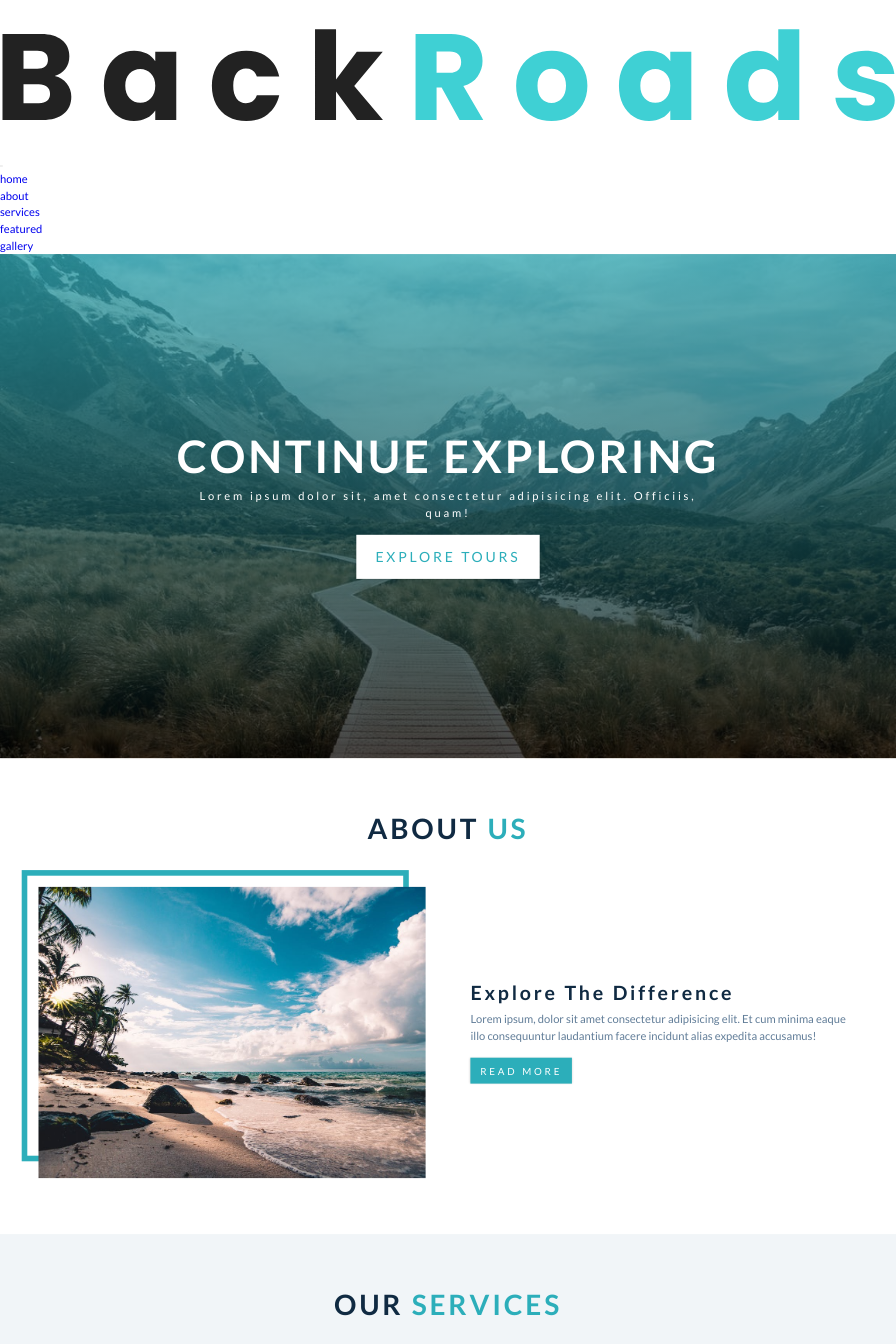
Repository: Ndifoinhilary/flexbox-project
Page: index.html
The author's editor kept a copy of each file at every save. The page is drawn from the files as they stood at one save, then again after the next save.
The browser window is 1280 px wide. The pictures show the part of the page from y = 0 to 1920 px (the page is 4346 px tall before and 4394 px after), at 70% of full size.

Above is the page before, as saved 2024-01-24 06:27:38.

### index.html
<!DOCTYPE html>
<html lang="en">
  <head>
    <meta charset="UTF-8" />
    <meta name="viewport" content="width=device-width, initial-scale=1.0" />
    <meta http-equiv="X-UA-Compatible" content="ie=edge" />
    <title>Backroads || Tour Company</title>
    <!-- favicon -->
    <link rel="shortcut icon" href="./images/favicon.ico" type="image/x-icon" />
    <!-- font-awesome -->
    <link rel="stylesheet" href="fontawesome-free-5.9.0-web/css/all.min.css" />
    <!-- styles css -->
    <link rel="stylesheet" href="./css/main.css" />
  </head>
  <body>
    <header id="home">
      <!-- nav bar -->
      <nav class="navbar">
        <div class="nav-center">
          <div class="nav-header">
            <img src="./images/logo.svg" alt="">
            <button type="button" id="nav-toggle" class="nav-toggle" ></button>
          </div>
          <ul class="nav-links " id="nav-links">
            <li>
              <a href="#home" class="nav-link scroll-link">home</a>
            </li>
            <li>
              <a href="#about" class="nav-link scroll-link">about</a>
            </li>
            <li>
              <a href="#services" class="nav-link scroll-link">services</a>
            </li><li>
              <a href="#featured" class="nav-link scroll-link">featured</a>
            </li><li>
              <a href="#gallery" class="nav-link scroll-link">gallery</a>
            </li>
          </ul>
        </div>
      </nav>
      <!-- end of nav bar -->
  <!-- hero section  -->
  <div class="hero">
    <div class="hero-banner">
      <h1>continue exploring</h1>
      <p>Lorem ipsum dolor sit, amet consectetur adipisicing elit. Officiis, quam!</p>
      <a href="#featured" class="btn hero-btn scroll-link ">explore tours</a>
    </div>
  </div>
   <!-- end of hero section  -->
    </header>
    <!-- end of header -->
   <!-- section -->
    <section class="section" id="about">
      <!-- section title -->
      <div class="section-title">
        <h2>about <span>us</span></h2>
      </div>
            <!-- section title -->
        <div class="section-center about-center">
          <!-- about image wrapper -->
          <article class="about-img">
            <img src="./images/about.jpeg"  class="about-photo" alt="awesome">
          </article>
          <!-- about infor -->
          <artilce class="about-info">
            <h3>explore the difference</h3>
            <p>Lorem ipsum, dolor sit amet consectetur adipisicing elit. Et cum minima eaque illo consequuntur laudantium facere incidunt alias expedita accusamus!</p>
            <a href="#" class="btn">read more</a>
          </artilce>
        </div>
    </section>
    <!-- end of about  section -->


    <!-- service section start -->

    <section class="section services" id="servics">
      <div class="section-title">
        <h2>our <span>services</span></h2>
      </div>
      <div class="section-center services-center">
        <!-- single service -->
        <article class="service">
          <span class="service-icon">
            <i class="fas fa-wallet fa-fw"></i>
          </span>
          <div class="service-info">
            <h4 class="service-title" >saving money</h4>
            <p class="service-text"> Lorem ipsum dolor sit
              amet, consectetur adipisicing elit. Quisquam, id?
               Omnis rerum perferendis numquam repellat.</p>
          </div>
        </article>
        <article class="service">
          <span class="service-icon">
            <i class="fas fa-tree fa-fw"></i>
          </span>
          <div class="service-info">
            <h4 class="service-title" >tree money</h4>
            <p class="service-text"> Lorem ipsum dolor sit
              amet, consectetur adipisicing elit. Quisquam, id?
               Omnis rerum perferendis numquam repellat.</p>
          </div>
        </article>
         <article class="service">
          <span class="service-icon">
            <i class="fas fa-socks fa-fw"></i>
          </span>
          <div class="service-info">
            <h4 class="service-title" >only  money</h4>
            <p class="service-text"> Lorem ipsum dolor sit
              amet, consectetur adipisicing elit. Quisquam, id?
               Omnis rerum perferendis numquam repellat.</p>
          </div>
        </article>
      </div>
      </section>

<!-- feartueres tours -->

<section class="section" id="featured">
  <div class="section-title">
    <h2>feature <span>tours</span></h2>
  </div>
  <!-- featured center -->
 <div class="section-center featured-center">
  <article class="tour-card">
    <div class="tour-img-container">
      <img src="./images/tour-1.jpeg"    alt="tour around" class="tour-mg">
      <p class="tour-date">january 21th , 2024</p>
    </div>
    <div class="tour-info">
     <div class="tour-title">
      <h4>tibet advanture</h4>
      <p>34 days</p>
     </div>
      <p>Lorem ipsum dolor sit, amet consectetur adipisicing elit. Tempore voluptates error, necessitatibus doloribus sequi eaque! Sunt
        perferendis sequi dignissimos suscipit!</p>

        <div class="tour-footer">
          <p><span><i class="fas fa-map" >Cameroon</i></span></p>
          <p>$1200</p>
        </div>
    </div>
  </article>
  <article class="tour-card">
    <div class="tour-img-container">
      <img src="./images/tour-2.jpeg"    alt="tour around" class="tour-mg">
      <p class="tour-date">january 21th , 2024</p>
    </div>
    <div class="tour-info">
      <h4>tibet adventure</h4>
      <p>Lorem ipsum dolor sit, amet consectetur adipisicing elit. Tempore voluptates error, necessitatibus doloribus sequi eaque! Sunt
        perferendis sequi dignissimos suscipit!</p>

        <div class="tour-footer">
          <p><span><i class="fas fa-map" >Cameroon</i></span></p>
          <p>days</p>
          <p>$1200</p>
        </div>
    </div>
  </article>
    <article class="tour-card">
    <div class="tour-img-container">
      <img src="./images/tour-3.jpeg"    alt="tour around" class="tour-mg">
      <p class="tour-date">january 21th , 2024</p>
    </div>
    <div class="tour-info">
      <h4>tibet adventure</h4>
      <p>Lorem ipsum dolor sit, amet consectetur adipisicing elit. Tempore voluptates error, necessitatibus doloribus sequi eaque! Sunt
        perferendis sequi dignissimos suscipit!</p>

        <div class="tour-footer">
          <p><span><i class="fas fa-map" >Cameroon</i></span></p>
          <p>12 days</p>
          <p>$1200</p>
        </div>
    </div>
  </article>
  <article class="tour-card">
    <div class="tour-img-container">
      <img src="./images/tour-4.jpeg"    alt="tour around" class="tour-mg">
      <p class="tour-date">january 21th , 2024</p>
    </div>
    <div class="tour-info">
      <h4>tibet adventure</h4>
      <p>Lorem ipsum dolor sit, amet consectetur adipisicing elit. Tempore voluptates error, necessitatibus doloribus sequi eaque! Sunt
        perferendis sequi dignissimos suscipit!</p>

        <div class="tour-footer">
          <p><span><i class="fas fa-map" >Cameroon</i></span></p>
          <p>12 days</p>
          <p>$1200</p>
        </div>
    </div>
  </article>
 </div>
 <div class="tour-btn">
  <a href="#" class="btn"> all tours</a>
 </div>
</section>

<!-- end   feartueres tours -->

<!-- contact section -->
<section class="section contact" id="contact">
  <div class="section-center contact-center">
    <article class="contact-title">
      <h3>want latest tour info and updates</h3>
      <p>Sign up for newsletter and stay up to date </p>
    </article>
    <form action="" class="contact-form">
      <input type="email" name="email" class="form-control" placeholder="your email">
      <button type="submit" class="btn-submit">submit</button>
    </form>
  </div>
</section>



<!--end of   contact section -->

   <!-- gallery -->
   <section id="gallery">
    <div class="gallery-center">
      <article class="gallery-img-container">
        <img src="./images/tour-1.jpeg" class="gallery-img" alt="">
        <a href="#" class="gallery-icon"><i class="fas fa-search"></i></a>
      </article>
       <article class="gallery-img-container">
        <img src="./images/tour-2.jpeg" class="gallery-img" alt="">
        <a href="#" class="gallery-icon"><i class="fas fa-search"></i></a>
      </article>
        <article class="gallery-img-container">
        <img src="./images/tour-3.jpeg" class="gallery-img" alt="">
        <a href="#" class="gallery-icon"><i class="fas fa-search"></i></a>
      </article>
        <article class="gallery-img-container">
        <img src="./images/tour-4.jpeg" class="gallery-img" alt="">
        <a href="#" class="gallery-icon"><i class="fas fa-search"></i></a>
      </article>
       <article class="gallery-img-container">
        <img src="./images/tour-5.jpeg" class="gallery-img" alt="">
        <a href="#" class="gallery-icon"><i class="fas fa-search"></i></a>
      </article>
       <article class="gallery-img-container">
        <img src="./images/tour-6.jpeg" class="gallery-img" alt="">
        <a href="#" class="gallery-icon"><i class="fas fa-search"></i></a>
      </article>
         <article class="gallery-img-container">
        <img src="./images/tour-2.jpeg" class="gallery-img" alt="">
        <a href="#" class="gallery-icon"><i class="fas fa-search"></i></a>
      </article>
        <article class="gallery-img-container">
        <img src="./images/tour-1.jpeg" class="gallery-img" alt="">
        <a href="#" class="gallery-icon"><i class="fas fa-search"></i></a>
      </article>
    </div>
   </section>
   <!-- end of gallery -->

   <!-- footer section -->
   <footer class="section footer">
    <ul class="footer-links">
      <li>
        <a href="#home" class="footer-link scroll-link">home</a>
      </li>
      <li>
        <a href="#about" class="footer-link scroll-link">about</a>
      </li>
      <li>
        <a href="#services" class="footer-link scroll-link">services</a>
      </li><li>
        <a href="#featured" class="footer-link scroll-link">featured</a>
      </li><li>
        <a href="#gallery" class="footer-link scroll-link">gallery</a>
      </li>
    </ul>
    <ul class="footer-icons">
      <li>
        <a href="#https://www.twitter.com" target="_blank" class="footer-icon"><i class="fab fa-facebook">facebook</i></a>
      </li>
      <li>
        <a href="#https://www.twitter.com" target="_blank" class="footer-icon"><i class="fab fa-squarespace">sqaurespace</i></a>
      </li>
    </ul>
    <p class="copyright">
      copyright &copy; backraods travel tour company <span id="date"></span> all right reserved
    </p>
   </footer>
   <!-- end of foooter section -->
   <script src="/js/app.js" defer></script>
  </body>
</html>

### css/main.css
/*
===============
Fonts
===============
*/
@import url("https://fonts.googleapis.com/css?family=Lato:400,700&display=swap");

/*
===============
Variables
===============
*/

:root {
  /* dark shades of primary color*/
  --clr-primary-1: hsl(184, 91%, 17%);
  --clr-primary-2: hsl(185, 84%, 25%);
  --clr-primary-3: hsl(185, 81%, 29%);
  --clr-primary-4: hsl(184, 77%, 34%);
  /* primary/main color */
  --clr-primary-5: hsl(185, 62%, 45%);
  /* lighter shades of primary color */
  --clr-primary-6: hsl(185, 57%, 50%);
  --clr-primary-7: hsl(184, 65%, 59%);
  --clr-primary-8: hsl(184, 80%, 74%);
  --clr-primary-9: hsl(185, 94%, 87%);
  --clr-primary-10: hsl(186, 100%, 94%);
  /* darkest grey - used for headings */
  --clr-grey-1: hsl(209, 61%, 16%);
  --clr-grey-2: hsl(211, 39%, 23%);
  --clr-grey-3: hsl(209, 34%, 30%);
  --clr-grey-4: hsl(209, 28%, 39%);
  /* grey used for paragraphs */
  --clr-grey-5: hsl(210, 22%, 49%);
  --clr-grey-6: hsl(209, 23%, 60%);
  --clr-grey-7: hsl(211, 27%, 70%);
  --clr-grey-8: hsl(210, 31%, 80%);
  --clr-grey-9: hsl(212, 33%, 89%);
  --clr-grey-10: hsl(210, 36%, 96%);
  --clr-white: #fff;
  --ff-primary: "Lato", sans-serif;
  --transition: all 0.3s linear;
  --spacing: 0.25rem;
  --radius: 0.5rem;
  --light-shadow: 0 5px 15px rgba(0, 0, 0, 0.1);
  --dark-shadow: 0 5px 15px rgba(0, 0, 0, 0.2);
}
/*
===============
Global Styles
===============
*/

* {
  margin: 0;
  padding: 0;
  box-sizing: border-box;
}
body {
  font-family: var(--ff-primary);
  background: var(--clr-white);
  color: var(--clr-grey-1);
  line-height: 1.5;
  font-size: 0.875rem;
}
a {
  text-decoration: none;
}
/* img:not(.nav-logo) {
  width: 100%;
  display: block;
} */
img {
  width: 100%;
  display: block;
}
h1,
h2,
h3,
h4 {
  letter-spacing: var(--spacing);
  text-transform: capitalize;
  line-height: 1.25;
  margin-bottom: 0.75rem;
}
h1 {
  font-size: 3rem;
}
h2 {
  font-size: 2rem;
}
h3 {
  font-size: 1.25rem;
}
h4 {
  font-size: 0.875rem;
}
p {
  margin-bottom: 1.25rem;
  color: var(--clr-grey-5);
}
@media screen and (min-width: 800px) {
  h1 {
    font-size: 4rem;
  }
  h2 {
    font-size: 2.5rem;
  }
  h3 {
    font-size: 1.75rem;
  }
  h4 {
    font-size: 1rem;
  }
  body {
    font-size: 1rem;
  }
  h1,
  h2,
  h3,
  h4 {
    line-height: 1;
  }
}
/*  global classes */

.btn {
  text-transform: uppercase;
  background: var(--clr-primary-5);
  color: var(--clr-white);
  padding: 0.375rem 0.75rem;
  letter-spacing: var(--spacing);
  display: inline-block;
  /* font-weight: 700; */
  transition: var(--transition);
  font-size: 0.875rem;
  border: 2px solid transparent;
  cursor: pointer;
  box-shadow: 0 1px 3px rgba(0, 0, 0, 0.2);
}
.btn:hover {
  color: var(--clr-primary-1);
  background: var(--clr-primary-8);
}
.section {
  padding: 5rem 0;
}
.section-title {
  text-align: center;
  margin-bottom: 4rem;
}
.section-title h2 {
  text-transform: uppercase;
}
.section-title span {
  color: var(--clr-primary-5);
}
.section-center {
  width: 90vw;
  margin: 0 auto;
  max-width: 1170px;
}
@media screen and (min-width: 992px) {
  .section-center {
    width: 95vw;
  }
}
/*
===============
Navbar
===============
*/

/*
===============
Hero
===============
*/
.hero {
  min-height: 100vh;
  background: var(--clr-primary-5);
  display: flex;
  justify-content: center;
  align-items: center;
}
.hero-banner {
  text-align: center;
  color: var(--clr-white);
  padding: 0 3rem;
}
.hero-banner h1 {
  text-transform: uppercase;
}
.hero-banner p {
  max-width: 35rem;
  margin-left: auto;
  margin-right: auto;
  color: var(--clr-white);
  letter-spacing: var(--spacing);
}
.hero-btn {
  padding: 0.9rem 1.6rem;
  font-size: 1.25rem;
  background: var(--clr-white);
  color: var(--clr-primary-5);
}
.hero-btn:hover {
  background: transparent;
  color: var(--clr-white);
  border-color: var(--clr-white);
}
@media screen and (min-width: 768px) {
  .hero {
    background: linear-gradient(rgb(44, 174, 186, 0.7), rgba(0, 0, 0, 0.7)),
      url("../images/main.jpeg") center/cover no-repeat;
  }
  .hero-banner {
    padding: 0;
  }
  .hero-banner p {
    max-width: 45rem;
  }
}
/*
===============
About
===============
*/
/* section add to globals */
/* title add to globals */
/* section center add to globals */
.about-img,
.about-info {
  margin-bottom: 2rem;
}
@media screen and (min-width: 992px) {
  .about-center {
    display: flex;
    justify-content: space-between;
    flex-wrap: wrap;
  }
  .about-img,
  .about-info {
    flex: 0 0 calc(50% - 2rem);
    margin-bottom: 0;
    align-self: center;
  }
}

@media screen and (min-width: 1170px) {
  .about-img::before{
    content: "";
    position: absolute;
    border: 0.5rem solid var(--clr-primary-5);
    box-sizing: border-box;
    height: 100%;
    width: 100%;
    top: -1.5rem;
    left: -1.5rem;

  }
  .about-img{
    position: relative;
  }
  .about-photo{
    position: relative ;
  }
}
/*
===============
Services
===============
*/
.services{
  background: var(--clr-grey-10);
}
.service{
  text-align: center;
  margin-bottom: 3rem;
}
.service-icon{
  background: var(--clr-primary-5);
  color: var(--clr-primary-1);
  padding: 0.5rem;
  display: inline-block;
  font-size: 2rem;
  margin-bottom: 1.5rem;
}

.service-text{
  max-width: 20rem;
  margin-left: auto;
  margin-right: auto;
}



@media screen  and (min-width:576px) {
  .section-center{
    display: flex;
    justify-content: space-between;
    flex-wrap: wrap;
  }
  .service{
    flex: 0 0 calc(50% - 1rem);
    margin-bottom: 1rem;
  }
}
@media screen  and (min-width:992px) {
.service{
    flex: 0 0 calc(33.333% - 1rem);
  }
}
@media screen  and (min-width:1170px) {
.service{
  display: flex;
  text-align: left;
  }
  .service-icon{
    align-self: start;
  }
  .service-info{
    padding-left: 1rem;
  }
  .service-title{
    margin-bottom: 0.5rem;
  }
}
/*
===============
Featured Tours
===============
*/


.tour-card{
  transition: var(--transition);
  background: var(--clr-grey-10);
  box-shadow: var(--light-shadow);
  margin-bottom: 2rem;
}

.tour-card:hover{
  box-shadow: var(--dark-shadow);
  transform: scale(1.02);
}
.tour-img-container{
  position: relative;
}
.tour-img{
  height: 15rem;
  object-fit: cover;
}
.tour-date{
  position: absolute;
  right: 0;
  bottom: 0;
  background: var(--clr-primary-8);
  margin-bottom: 0;
  color: var(--clr-primary-1);
  text-transform: capitalize;
  padding: 0.25rem 0.5rem;
}
.tour-info{
  padding: 1.25rem 1.5rem;
}
.tour-footer{
  display: flex;
  justify-content: space-between;
  flex-wrap: wrap;
  align-items: center;
}
.tour-footer p {
  line-height: 0;
  margin-bottom: 0;
  text-transform: capitalize;
  color: var(--clr-primary-5);
}
.tour-btn{
  text-align: center;
}


@media screen and (min-width:760px) {
  .featured-center{
    display: flex;
    flex-wrap: wrap;
    justify-content: space-between;
  }
  .tour-card{
    flex: 0 0 calc(50% - 2rem);
  }
}
@media screen and (min-width:1170px) {
  .tour-card{
    flex: 0 0 calc(33.33% - 2rem);
  }
}
.tour-title{
  display: flex;
  justify-content: space-between;
  flex-wrap: wrap;
}
.tour-title p , .tour-title h4{
  margin-bottom: 0.75rem;
  line-height: 1.25rem;

}
.tour-title p {
  color: var(--clr-grey-7);
  text-transform: capitalize;
}



/*
===============
Contact
==============
 */



 .contact{
  background: var(--clr-primary-5);
 }

 .contact-title{
  color: var(--clr-white);
 }
 .contact-title p {
  color: var(--clr-primary-8);
 }

 .contact-form{
  display: flex;
  max-width: 28rem;

 }

.form-control{
  flex: 1 1 auto;
  color: var(--clr-grey-5);
}
.form-control, .btn-submit{
  padding:0.375rem 0.75rem;
  font-size: 1rem;
  line-height: 1.5rem;
  font-weight: 300;
  letter-spacing: var(--spacing);
  background: var(--clr-white);
  text-transform: capitalize;
  border: transparent;
}
.form-control::placeholder{
  color: inherit;
}
.btn-submit{
  font-family: var(--ff-primary);
  margin-left: 0.5rem;
  background: var(--clr-primary-8);
  color: var(--clr-primary-1);
  cursor: pointer;
  transition: var(--transition);
}


.btn-submit:hover{
  background: var(--clr-primary-1);
  color: var(--clr-primary-5);
}

@media screen and (min-width:992px) {
  .contact-center{
    display: flex;
    justify-content: space-between;
    flex-wrap: wrap;
  }
  .contact-form{
    align-self: flex-start;
    flex: 1 1 auto;
    max-width: 100%;
    padding-left: 2rem;
  }
}

/*
===============
Deals
===============
*/
/*
===============
Gallery
===============
*/


.gallery-img-container{
  position: relative;
  background: var(--clr-primary-5);
}

.gallery-icon{
  position: absolute;
  top: 50%;
  left: 50%;
  font-size: 2rem;
  transform: translate(-50%, -50%);
  color: var(--clr-white);
  opacity: 0;
  cursor: pointer;
  transition: var(--transition);
}

.gallery-img{
  height: 17rem;
  object-fit: cover;
  transition: var(--transition);
}
.gallery-img-container:hover .gallery-img{
  opacity: 0.5;
}

.gallery-img-container:hover .gallery-icon{
  opacity: 1;
}
@media screen and (min-width:768px) {
  .gallery-center{
    display: flex;
    flex-wrap: wrap;
  }
  .gallery-img-container{
    flex: 0 0 50%;
  }
}
@media screen and (min-width:992px) {
  .gallery-img-container{
    flex: 0 0 25%;
  }
}
/*
===============
Footer
===============
*/


.footer{
  background: var(--clr-grey-1);
  text-align: center;
  padding:  2rem;
}

.footer-links, .footer-icons{
  display: flex;
  justify-content:center;
  margin-bottom: 1.5rem;
  flex-wrap: wrap;
}

.footer-link{
  color: var(--clr-white);
  text-transform: capitalize;
  font-size: 1rem;
  margin-right: 1rem;
  letter-spacing: var(--spacing);
  transition: var(--transition);
}

.footer-link:hover{
  color: var(--clr-primary-5);
}

.footer-icon{
  font-size: 2rem;
  margin-right: 1rem;
  color: var(--clr-primary-8);
  transition: var(--transition);
}
.footer-icon:hover{
  color: var(--clr-white);
}

.copyright{
  text-transform: capitalize;
  letter-spacing: var(--spacing);
  color: var(--clr-white);
}

### js/app.js
// ********** set date ************
// select span
const date = (document.getElementById(
  "date"
).innerHTML = new Date().getFullYear());

// ********** nav toggle ************
// select button and links
const navBtn = document.getElementById("nav-toggle");
const links = document.getElementById("nav-links");
// add event listener
navBtn.addEventListener("click", () => {
  links.classList.toggle("show-links");
});
// ********** navbar fixed ************
const navbar = document.querySelector(".navbar");

window.addEventListener("scroll", () => {
  if (window.pageYOffset > 62) {
    navbar.classList.add("fixed");
  } else {
    navbar.classList.remove("fixed");
  }
});

// ********** smooth scroll ************
// select links
const scrollLinks = document.querySelectorAll(".scroll-link");
scrollLinks.forEach(link => {
  link.addEventListener("click", e => {
    // prevent default
    e.preventDefault();
    links.classList.remove("show-links");

    const id = e.target.getAttribute("href").slice(1);
    const element = document.getElementById(id);
    //
    let position;
    if (navbar.classList.contains("fixed")) {
      position = element.offsetTop - 62;
    } else {
      position = element.offsetTop - 124;
    }
    if (window.innerWidth < 992) {
      if (navbar.classList.contains("fixed")) {
        position = element.offsetTop - 62;
      } else {
        position = element.offsetTop - 332 - 62;
      }
    }
    window.scrollTo({
      left: 0,
      // top: element.offsetTop,
      top: position,
      behavior: "smooth"
    });
  });
});

Loaded but not shown: fontawesome-free-5.9.0-web/css/all.min.css (library)

After the next save:
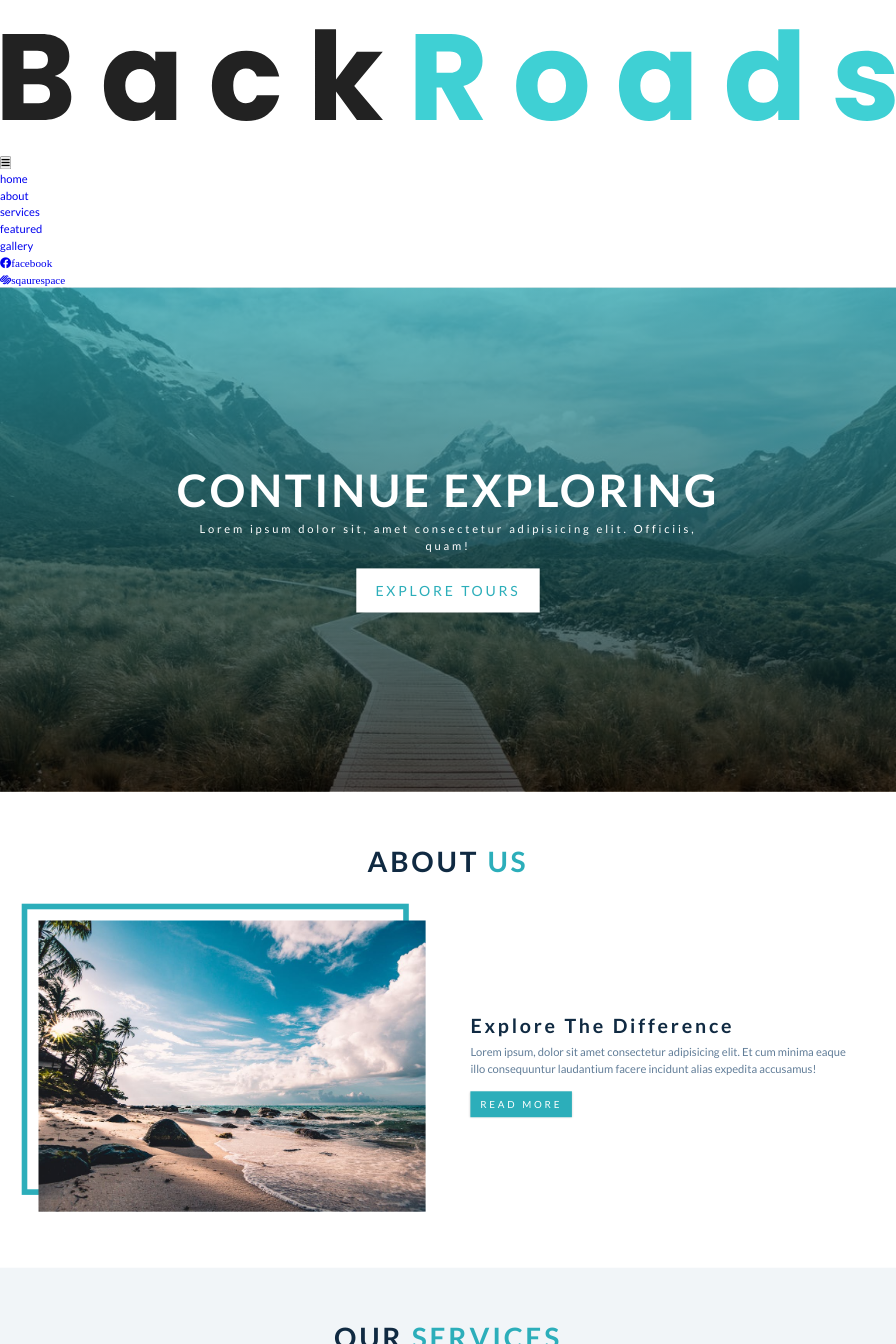
Saved 3 h 29 min later.
--- a/index.html
+++ b/index.html
@@ -19,7 +19,7 @@
         <div class="nav-center">
           <div class="nav-header">
             <img src="./images/logo.svg" alt="">
-            <button type="button" id="nav-toggle" class="nav-toggle" ></button>
+            <button type="button" id="nav-toggle" class="nav-toggle" ><i class="fas fa-bars"></i></button>
           </div>
           <ul class="nav-links " id="nav-links">
             <li>
@@ -34,6 +34,14 @@
               <a href="#featured" class="nav-link scroll-link">featured</a>
             </li><li>
               <a href="#gallery" class="nav-link scroll-link">gallery</a>
+            </li>
+          </ul>
+          <ul class="nav-icons">
+            <li>
+              <a href="#https://www.twitter.com" target="_blank" class="nav-icon"><i class="fab fa-facebook">facebook</i></a>
+            </li>
+            <li>
+              <a href="#https://www.twitter.com" target="_blank" class="nav-icon"><i class="fab fa-squarespace">sqaurespace</i></a>
             </li>
           </ul>
         </div>
